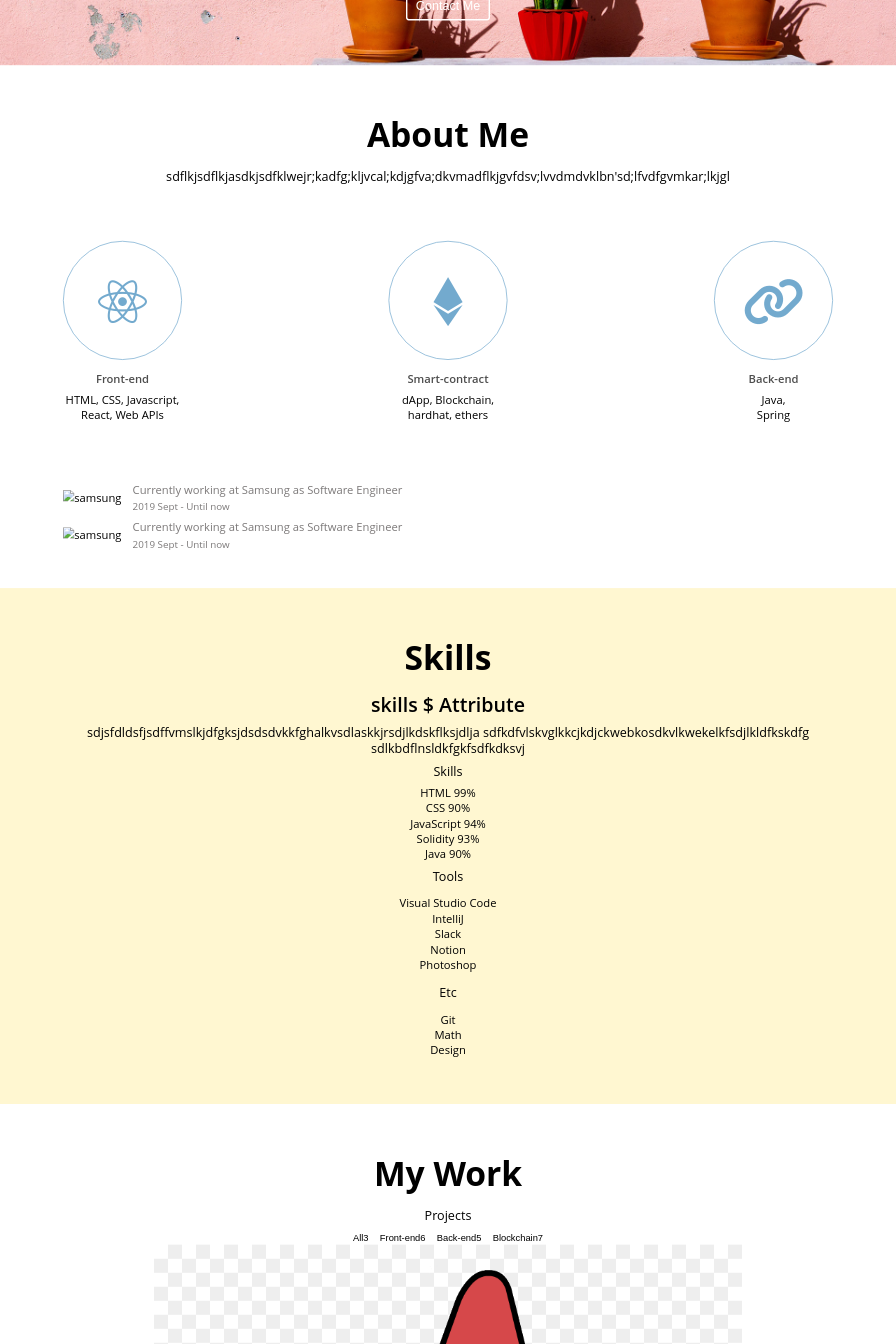
Repository: woojinShim/woojinShim.github.io
Page: index.html
An editor plug-in stored every save of this project. The page is shown before and after the next save, followed by the edit.
The browser window is 1280 px wide. The pictures show the part of the page from y = 643 to 2563 px (the page is 7103 px tall), at 70% of full size.
Some web libraries are served in a nearby version.

Above is the page before, as saved 2022-03-08 19:50:39.

### index.html
<!DOCTYPE html>
<html lang="en">
<head>
    <meta charset="UTF-8">
    <meta http-equiv="X-UA-Compatible" content="IE=edge">
    <meta name="viewport" content="width=device-width, initial-scale=1.0">
    <title>Document</title>
    <script
      src="https://kit.fontawesome.com/9eb162ac0d.js"
      crossorigin="anonymous"
    ></script>
    <style>
        @import url('https://fonts.googleapis.com/css2?family=Noto+Sans+KR:wght@100;400;700&display=swap');
        </style>
    <link rel="icon" type="image/png" href="img/favicon.png" />
    <link rel="stylesheet" href="style.css">
    <script scr="main.js"></script>
</head>
<body>
    <!-- Navbar -->
    <nav id="navbar">
        <div class="navbar__logo">
            <i class="fas fa-tools"></i>
            <a href="#">Lewis</a>
        </div>
        <ul class="navbar__menu">
            <li class="navbar__menu__item active">Home</li>
            <li class="navbar__menu__item">About</li>
            <li class="navbar__menu__item">Skills</li>
            <li class="navbar__menu__item">My work</li>
            <li class="navbar__menu__item">Testimonails</li>
            <li class="navbar__menu__item">Contact</li>
        </ul>
    </nav>
    <!-- Home -->
    <section id="home">
        <img src="img/puppy.png" alt="Lewis's photo" class="home__avator">
        <h1 class="home__title">Hello, <br/>I'm Lewis</h1>
        <h2 class="home__descrition">A SmartContract Engineer</h2>
        <button class="home__contact">Contact Me</button>
    </section>
    <!-- About -->
    <section id="about" class="section section__container">
        <h1>About Me</h1>
        <p>sdflkjsdflkjasdkjsdfklwejr;kadfg;kljvcal;kdjgfva;dkvmadflkjgvfdsv;lvvdmdvklbn'sd;lfvdfgvmkar;lkjgl</p>
        <div class="about__majors">
            <div class="major">
                <div class="major__icon"><i class="fab fa-react"></i></div>
                <h2 class="major__title">Front-end</h2>
                <div class="major__description">HTML, CSS, Javascript,
                    <br /> React, Web APIs
                </div>
            </div>
            <div class="major">
                <div class="major__icon"><i class="fab fa-ethereum"></i></div>
                <h2 class="major__title">Smart-contract</h2>
                <div class="major__description">dApp, Blockchain,
                    <br /> hardhat, ethers
                </div>
            </div>
            <div class="major">
                <div class="major__icon"><i class="fas fa-link"></i></i></div>
                <h2 class="major__title">Back-end</h2>
                <div class="major__description">Java,
                    <br /> Spring
                </div>
            </div>
        </div>

        <div class="about__jobs">
            <div class="job">
                <img
                  src=""
                  alt="samsung"
                  class="job__logo"
                />
               <div class="job__description">
                <p class="job__name">
                  Currently working at Samsung as Software Engineer
                </p>
                <p class="job__period">2019 Sept - Until now</p>
               </div>
              </div>
              <div class="job">
                <img
                  src=""
                  alt="samsung"
                  class="job__logo"
                />
                <div class="job__description">
                  <p class="job__name">
                    Currently working at Samsung as Software Engineer
                  </p>
                  <p class="job__period">2019 Sept - Until now</p>
                 </div>
            </div>
        </div>
    </section>
    <!-- Skills -->
    <section id="skills" class="section">
        <h1>Skills</h1>
        <h2>skills $ Attribute</h2>
        <p>
            sdjsfdldsfjsdffvmslkjdfgksjdsdsdvkkfghalkvsdlaskkjrsdjlkdskflksjdlja
            sdfkdfvlskvglkkcjkdjckwebkosdkvlkwekelkfsdjlkldfkskdfg
            sdlkbdflnsldkfgkfsdfkdksvj
        </p>
        <div class="skillset">
            <div class="skillset__left">
                <h3 class="skillset__title">Skills</h3>
                <div class="skills">
                    <div class="skill_description">
                        <span>HTML</span>
                        <span>99%</span>
                    </div>
                    <div class="skill_description">
                        <span>CSS</span>
                        <span>90%</span>
                    </div>
                    <div class="skill_description">
                        <span>JavaScript</span>
                        <span>94%</span>
                    </div>
                    <div class="skill_description">
                        <span>Solidity</span>
                        <span>93%</span>
                    </div>
                    <div class="skill_description">
                        <span>Java</span>
                        <span>90%</span>
                    </div>

                </div>
            </div>
            <div class="skillset__right">
                <div class="tools">
                    <h3 class="skillset__title">Tools</h3>
                    <ul class="tools__list">
                        <li class="span">Visual Studio Code</li>
                        <li class="span">IntelliJ</li>
                        <li class="span">Slack</li>
                        <li class="span">Notion</li>
                        <li class="span">Photoshop</li>
                    </ul>
                </div>
                <div class="etc">
                    <h3 class="skillset__title">Etc</h3>
                    <ul class="etc__list">
                        <li><span>Git</span></li>
                        <li><span>Math</span></li>
                        <li><span>Design</span></li>
                    </ul>
                </div>
            </div>
        </div>
    </section>
    <!-- Work -->
    <section id="work" class="section">
        <h1>My Work</h1>
        <h3>Projects</h3>
        <div class="work__catagories">
            <button class="catagory__btn">All<span class="category__count">3</span></button>
            <button class="catagory__btn">Front-end<span class="category__count">6</span></button>
            <button class="catagory__btn">Back-end<span class="category__count">5</span></button>
            <button class="catagory__btn">Blockchain<span class="category__count">7</span></button>
        </div>

        <div class="work__projects">
            <a href="https://naver.com" class="project" target="blank">
                <img class="project__img" src="img/jin.png" alt="YouTube" />
                <div class="project__description">
                    <h3>Naver Site</h3>
                    <span>Clone Naver</span>
                </div>
            </a>
        </div>
        <div class="work__projects">
            <a href="https://naver.com" class="project" target="blank">
                <img class="project__img" src="img/jin.png" alt="YouTube" />
                <div class="project__description">
                    <h3>Naver Site</h3>
                    <span>Clone Naver</span>
                </div>
            </a>
        </div>
        <div class="work__projects">
            <a href="https://naver.com" class="project" target="blank">
                <img class="project__img" src="img/le.png" alt="YouTube" />
                <div class="project__description">
                    <h3>Naver Site</h3>
                    <span>Clone Naver</span>
                </div>
            </a>
        </div>
        <div class="work__projects">
            <a href="https://naver.com" class="project" target="blank">
                <img class="project__img" src="img/shim.png" alt="YouTube" />
                <div class="project__description">
                    <h3>Naver Site</h3>
                    <span>Clone Naver</span>
                </div>
            </a>
        </div>
        <div class="work__projects">
            <a href="https://naver.com" class="project" target="blank">
                <img class="project__img" src="img/yes.jfif" alt="YouTube" />
                <div class="project__description">
                    <h3>Naver Site</h3>
                    <span>Clone Naver</span>
                </div>
            </a>
        </div>
        <div class="work__projects">
            <a href="https://naver.com" class="project" target="blank">
                <img class="project__img" src="img/woo.png" alt="YouTube" />
                <div class="project__description">
                    <h3>Naver Site</h3>
                    <span>Clone Naver</span>
                </div>
            </a>
        </div>
    </section>
    <!-- testimonails -->
    <section id="testimonials" class="section">
        <h1>Testimonials</h1>
        <h3>See what they say about me</h3>
        <div class="testimonials">
            <div class="testimonial">
                <img src="img/man.jpg" alt="" class="testimonial__avator">
                <div class="testimonial__speech-bubble">
                    <p>
                        sdvkdfdfmvkdlkjtkfknsvkdnfgckvdkvkjvbdfgkkjsdkvjskjcvrngksdmcsdkck
                    </p>
                    <p class="name"><a href="">Lewis</a></p>
                </div>
            </div>
            <div class="testimonial">
                <img src="img/man.jpg" alt="" class="testimonial__avator">
                <div class="testimonial__speech-bubble">
                    <p>
                        sdvkdfdfmvkdlkjtkfknsvkdnfgckvdkvkjvbdfgkkjsdkvjskjcvrngksdmcsdkck
                    </p>
                    <p class="name"><a href="">Lewis</a></p>
                </div>
            </div>
        </div>
    </section>
    <!-- contact -->
    <section id="contact" class="section">
        <h1 class="contact__title">Let's talk</h1>
        <h2 class="contact__email">dream.coder@gmail.com</h2>
        <div class="contact__links">
            <a href="http://google.com" target="blank">
                <i class="fa-brands fa-github"></i>
            </a>
            <a href="http://google.com" target="blank">
                <i class="fa-brands fa-linkedin"></i>
            </a>
        </div>
        <p class="contact__rights">Dream coming - All Right Reserved.</p>
    </section>

</body>
</html>

### style.css
:root {
  /* Color */
  --color-white: #ffffff;
  --color-light-white: #eeeeee;
  --color-dark-white: #bdbdbd;
  --color-pink: #fe918d;
  --color-dark-pink: #ff6863;
  --color-black: #4d4d4d;
  --color-dark-grey: #4d4d4d;
  --color-grey: #616161;
  --color-light-grey: #7c7979;
  --color-blue: #73aace;
  --color-yellow: #fff7d1;
  --color-orange: #feb546;
  --color-black: #000000;

  /* Font size */
  --font-large: 48px;
  --font-medium: 28px;
  --font-regular: 18px;
  --font-small: 16px;
  --font-micro: 14px;

  /* Font weight */
  --weight-bold: 700;
  --weight-semi-bold: 600;
  --weight-regular: 400;

  /* Size */
  --size-border-radius: 4px;

  /* Annimation */
  --animation-duration: 300ms;
}

/* Universal tags */
* {
  box-sizing: border-box;
}

body {
  font-family: "Open Sans", sans-serif;
  margin: 0;
  cursor: default;
}

a {
  text-decoration: none;
  color: var(--color-white);
}

ul {
  list-style: none;
  padding-left: 0;
}

li {
  list-style: none;
}

button {
  background-color: transparent;
  cursor: pointer;
  border: none;
  outline: none;
}

/* Typography */
h1 {
  font-size: var(--font-large);
  font-weight: var(--weight-bold);
  color: var(--color-black);
  margin: 16px 0px;
}

h2 {
  font-size: var(--font-medium);
  font-weight: var(--weight-semi-bold);
  color: var(--color-black);
  margin: 8px 0;
}

h3 {
  font-size: var(--font-regular);
  font-weight: var(--font-regular);
  color: var(--color-black);
  margin: 8px 0;
}

p {
  font-size: var(--font-regular);
  font-weight: var(--font-regular);
  color: var(--color-black);
  margin: 4px 0;
}

/* Navbar */
#navbar {
  display: flex;
  justify-content: space-between;
  align-items: center;
  padding: 16px;
  background-color: var(--color-pink);
}

.navbar__logo {
  font-size: var(--font-medium);
  font-weight: var(--weight-semi-bold);
  color: white;
}

.navbar__menu {
  display: flex;
}

.navbar__menu__item {
  padding: 8px 12px;
  margin: 0 4px;
  color: var(--color-white);
  cursor: pointer;
  border-radius: var(--size-border-radius);
}

.navbar__menu__item.active {
  border: 1px solid var(--color-white);
}

.navbar__menu__item:hover {
  background-color: var(--color-dark-pink);
  border-radius: 4px;
}

/* Home */
#home {
  background: url("img/Level.jpg") center/cover no-repeat;
  padding: 40px;
  text-align: center;
}

.home__avator {
  width: 250px;
  height: 250px;
  border-radius: 50%;
  border: 2px solid var(--color-light-white);
}

.home__contact {
  color: var(--color-white);
  font-size: var(--font-regular);
  font-weight: var(--weight-regular);
  margin: 24px;
  padding: 8px 12px;
  border: 2px solid var(--color-white);
  border-radius: var(--size-border-radius);
}

/* Section common */
.section {
  padding: 50px;
  text-align: center;
  margin: auto;
}

.section__container {
  max-width: 1200px;
}

.about__majors {
  display: flex;
  justify-content: space-between;
  margin: 80px 0;
}

.major__icon {
  width: 170px;
  height: 170px;
  line-height: 170px;
  font-size: 70px;
  margin: auto;
  color: var(--color-blue);
  border: 1px solid var(--color-blue);
  border-radius: 50%;
  margin-bottom: 16px;
}

.major__icon i {
  transition: all 300ms ease;
}

.major__icon:hover i {
  color: var(--color-pink);
  transform: rotate(-30deg) scale(1.1);
}

.major__title,
.major__descrition {
  color: var(--color-dark-grey);
  font-size: var(--font-small);
}

.major__descrition {
  font-size: var(--font-small);
}

.job {
  display: flex;
  align-items: center;
}

.job__description {
  margin: 0 16px;
  text-align: left;
}

.job__name,
.job__period {
  color: var(--color-light-grey);
}

.job__name {
  font-size: var(--font-small);
}

.job__period {
  font-size: var(--font-micro);
}

/* Skill */

#skills {
  background-color: var(--color-yellow);
}

After the next save:
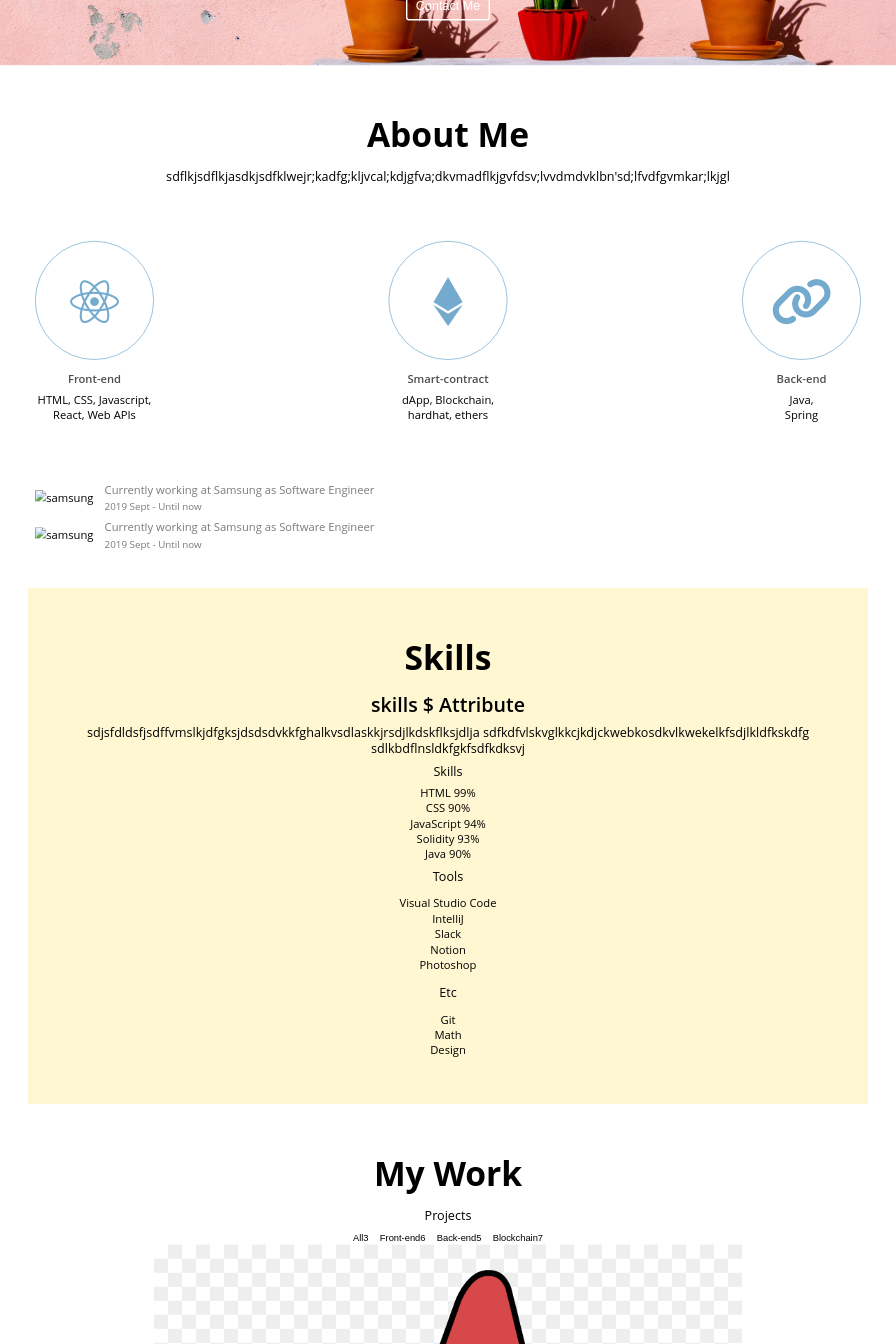
Saved 36 s later.
--- a/index.html
+++ b/index.html
@@ -40,7 +40,7 @@
         <button class="home__contact">Contact Me</button>
     </section>
     <!-- About -->
-    <section id="about" class="section section__container">
+    <section id="about" class="section">
         <h1>About Me</h1>
         <p>sdflkjsdflkjasdkjsdfklwejr;kadfg;kljvcal;kdjgfva;dkvmadflkjgvfdsv;lvvdmdvklbn'sd;lfvdfgvmkar;lkjgl</p>
         <div class="about__majors">
@@ -97,7 +97,7 @@
         </div>
     </section>
     <!-- Skills -->
-    <section id="skills" class="section">
+    <section id="skills" class="section section__container">
         <h1>Skills</h1>
         <h2>skills $ Attribute</h2>
         <p>
